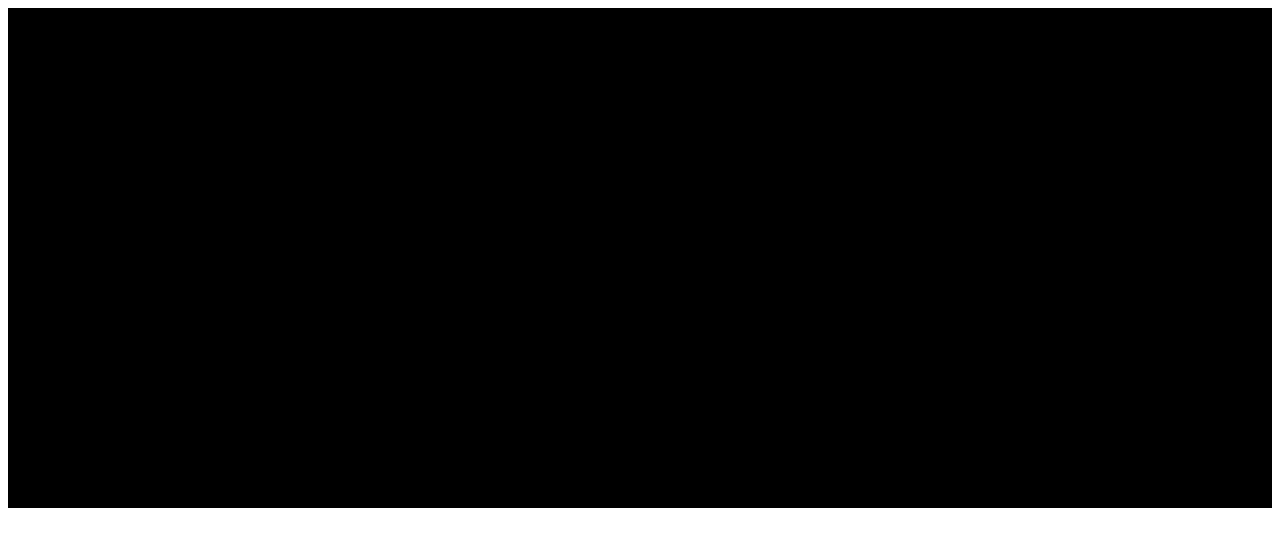
Repository: 2077Alex/Frond_End_Practice
Page: day03/01-综合案例（必做）/02-（案例）综合案例2-卡片居中案例/p.html
An editor plug-in stored every save of this project. The page is shown before and after the next save, followed by the edit.
The browser window is 1280 px wide. The pictures show the whole page.

Above is the page before, as saved 2024-06-02 16:14:02.

After the next save:
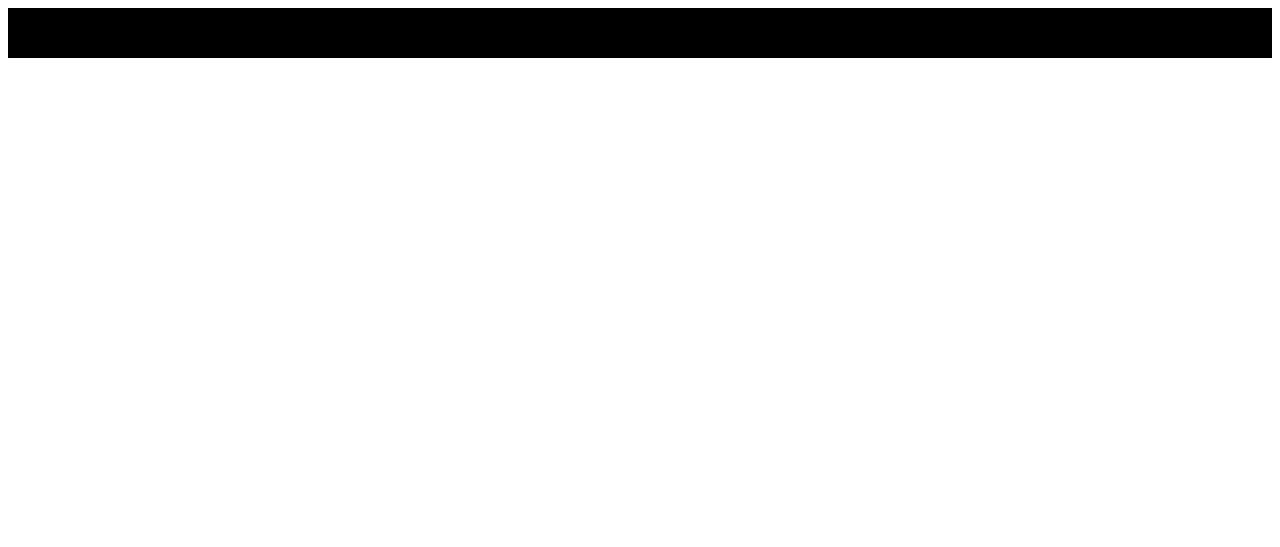
Saved 6 s later.
--- a/day03/01-综合案例（必做）/02-（案例）综合案例2-卡片居中案例/p.html
+++ b/day03/01-综合案例（必做）/02-（案例）综合案例2-卡片居中案例/p.html
@@ -14,7 +14,7 @@
     }
     div{
         background-color: black;
-        height: 500px;
+        height: 50px;
     }
 </style>
 
